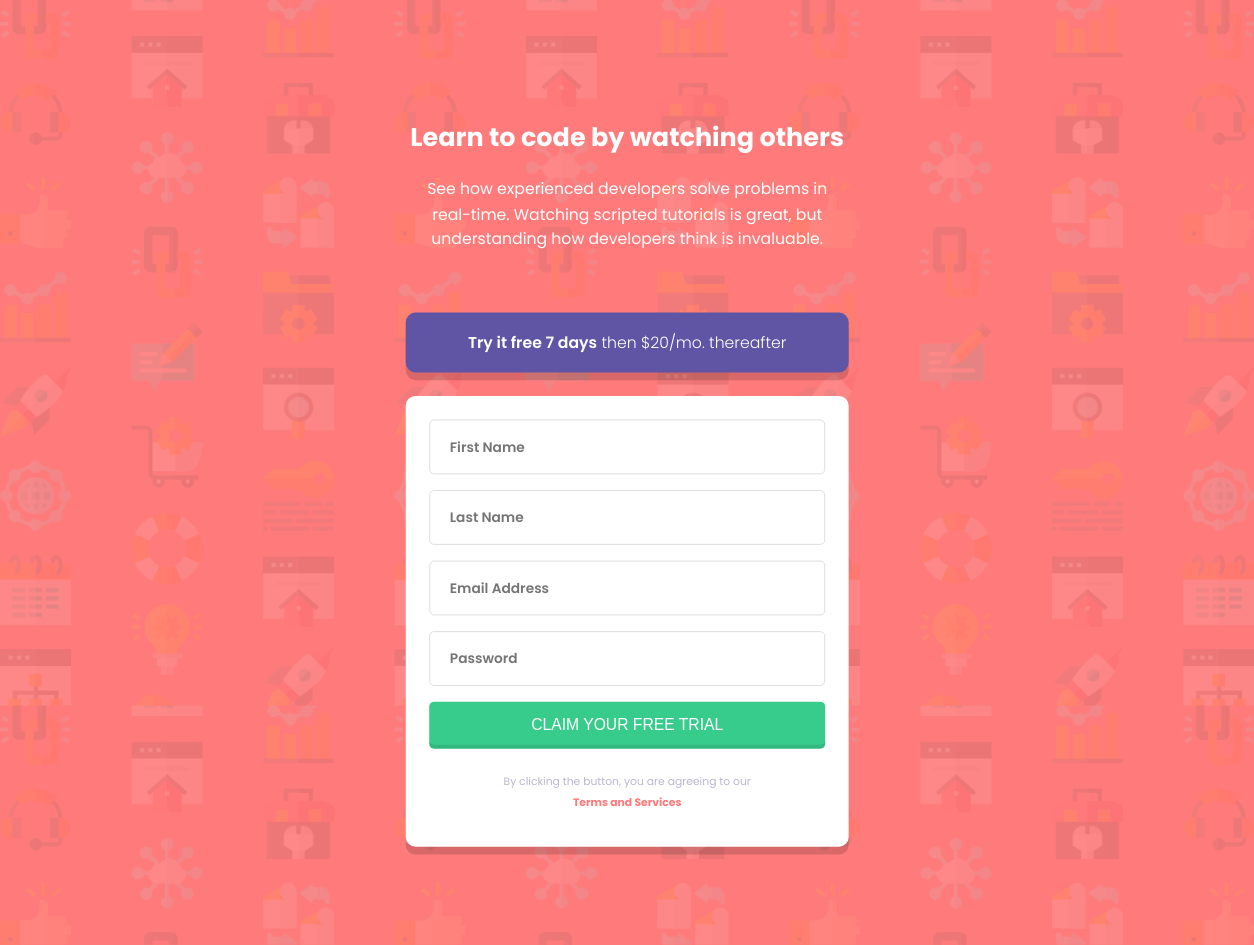
Repository: cipdanila/intro-component-with-sign-up-form
Page: v2/index.html
An editor plug-in stored every save of this project. The page is shown before and after the next save, followed by the edit.
The browser window is 1280 px wide. The pictures show the whole page, at 98% of full size.
Backgrounds fixed to the window are drawn as part of the page.

Above is the page before, as saved 2024-02-25 15:53:48.
Not found: v2/js/index.js

### v2/index.html
<!DOCTYPE html>
<html lang="en">
    <head>
        <meta charset="UTF-8" />
        <!-- displays site properly based on user's device -->
        <meta name="viewport" content="width=device-width, initial-scale=1.0" />

        <link rel="preconnect" href="https://fonts.googleapis.com" />
        <link rel="preconnect" href="https://fonts.gstatic.com" crossorigin />
        <link href="https://fonts.googleapis.com/css2?family=Poppins:wght@300;400;500;600;700&display=swap" rel="stylesheet" />

        <link rel="stylesheet" href="styles.css" />

        <link rel="icon" type="image/png" sizes="32x32" href="./images/favicon-32x32.png" />

        <title>Intro component with sign up form</title>
    </head>
    <body>
        <main>
            <section id="text-block">
                <h1 id="text-block__heading">Learn to code by watching others</h1>
                <p id="text-block__description">
                    See how experienced developers solve problems in real-time. Watching scripted tutorials is great, but
                    understanding how developers think is invaluable.
                </p>
            </section>

            <div id="form-container">
                <div id="banner"><span id="banner__text--bold">Try it free 7 days</span> then $20/mo. thereafter</div>

                <form novalidate id="form">
                    <div class="form__container">
                        <input
                            type="text"
                            placeholder="First Name"
                            autocomplete="given-name"
                            name="first-name"
                            id="form__first-name"
                        />
                        <p class="form__error-message form__error-message--hidden">First Name cannot be empty</p>
                        <img src="images/icon-error.svg" alt="Error icon" class="form__error-icon form__error-icon--hidden" />
                    </div>

                    <div class="form__container">
                        <input
                            type="text"
                            placeholder="Last Name"
                            autocomplete="family-name"
                            name="last-name"
                            id="form__last-name"
                        />
                        <p class="form__error-message form__error-message--hidden">Last Name cannot be empty</p>
                        <img src="images/icon-error.svg" alt="Error icon" class="form__error-icon form__error-icon--hidden" />
                    </div>

                    <div class="form__container">
                        <input type="email" placeholder="Email Address" autocomplete="email" name="email" id="form__email" />
                        <p class="form__error-message form__error-message--hidden">Looks like this is not an email</p>
                        <img src="images/icon-error.svg" alt="Error icon" class="form__error-icon form__error-icon--hidden" />
                    </div>

                    <div class="form__container">
                        <input
                            type="password"
                            placeholder="Password"
                            autocomplete="new-password"
                            name="password"
                            id="form__password"
                        />
                        <p class="form__error-message form__error-message--hidden">Password cannot be empty</p>
                        <img src="images/icon-error.svg" alt="Error icon" class="form__error-icon form__error-icon--hidden" />
                    </div>

                    <button type="submit" id="form__submit-button">CLAIM YOUR FREE TRIAL</button>

                    <p class="form__success-message--hidden" id="form__success-message">
                        Your free trial has been activated. Enjoy!
                    </p>

                    <p id="form__statement">
                        By clicking the button, you are agreeing to our
                        <a href="#" id="form__statement--highlighted"> Terms&nbsp;and&nbsp;Services </a>
                    </p>
                </form>
            </div>
        </main>
        <script src="js/index.js"></script>
    </body>
</html>

### v2/styles.css
*,
*::before,
*::after {
	box-sizing: border-box;
}

html, body, div, span, applet, object, iframe,
h1, h2, h3, h4, h5, h6, p, blockquote, pre,
a, abbr, acronym, address, big, cite, code,
del, dfn, em, img, ins, kbd, q, s, samp,
small, strike, strong, sub, sup, tt, var,
b, u, i, center,
dl, dt, dd, ol, ul, li,
fieldset, form, label, legend,
table, caption, tbody, tfoot, thead, tr, th, td,
article, aside, canvas, details, embed,
figure, figcaption, footer, header, hgroup,
menu, nav, output, ruby, section, summary,
time, mark, audio, video {
	/* margin: 0;
	padding: 0;
	border: 0; */
	font-size: 100%;
	font: inherit;
	vertical-align: baseline;
}



body {
    font-family: "Poppins", sans-serif;
}

#text-block {
    color: white;
    text-align: center;
}
#text-block__heading {
    font-size: 1.625rem;
    font-weight: 700;
    line-height: 1.4;
}
#text-block__description {
    line-height: 1.6;
}

#banner {
    font-weight: 300;
    color: white;
    text-align: center;
    line-height: 1.6;
}
#banner__text--bold {
    font-weight: 600;
}

#form input {
    font-size: 0.875rem;
    font-family: "Poppins", sans-serif;
    font-weight: 600;
    color: var(--dark-blue);
}
#form .form__error-message {
    font-size: 0.625rem;
    font-weight: 500;
    font-style: italic;
    color: var(--red);
    text-align: right;
}
#form__submit-button {
    font-size: 1rem;
    font-weight: 500;
    color: white;
}
#form #form__success-message {
    font-size: 0.875rem;
    font-weight: 500;
    color: var(--green);
    text-align: center;
}
#form__statement {
    font-size: 0.6875rem;
    color: var(--grayish-blue);
    line-height: 1.9;
    text-align: center;
}
#form__statement--highlighted {
    color: inherit;
    text-decoration: none;
    font-weight: 700;
    color: var(--red);
}

body {
    background: url("../images/bg-intro-mobile.png"), var(--red);
    background-size: 100%;
    background-attachment: fixed;
}

#banner {
    background: var(--blue);
    border-radius: 10px;
    box-shadow: 0 8px 0 rgba(0, 0, 0, 0.15);
}

#form {
    background: white;
    border-radius: 10px;
    box-shadow: 0 8px 0 rgba(0, 0, 0, 0.15);
}
#form input {
    border: 1px solid #dedede;
    border-radius: 5px;
}
#form__submit-button {
    background: var(--green);
    border: none;
    border-radius: 5px;
    box-shadow: inset 0 -4px 0 rgba(0, 0, 0, 0.1);
}

main {
    max-width: 500px;
    margin: 0 auto;
    padding: 5.75rem 24px;
}

#text-block {
    margin-bottom: 3.875rem;
}
#text-block__heading {
    margin-bottom: 1.375rem;
}

#banner {
    margin-bottom: 1.5rem;
    padding: 1.125rem 50px;
}

#form {
    padding: 24px;
}
#form .form__container {
    margin-bottom: 1rem;
    position: relative;
}
#form .form__container input {
    width: 100%;
    height: 3.5rem;
    padding: 0 20px;
}
#form .form__container .form__error-message {
    margin-top: 0.5rem;
}
#form .form__container .form__error-message--hidden {
    display: none;
}
#form .form__container .form__error-icon {
    width: 1.5rem;
    position: absolute;
    top: 1rem;
    right: 30px;
}
#form .form__container .form__error-icon--hidden {
    display: none;
}
#form__submit-button {
    width: 100%;
    margin-bottom: 0.75rem;
    padding: 0.9375rem 40px;
}
#form #form__success-message {
    margin-bottom: 1rem;
}
#form .form__success-message--hidden {
    display: none;
}
#form__statement {
    padding: 0 20px;
}

@media screen and (min-width: 700px) {
    body {
        background: url("../images/bg-intro-desktop.png"), var(--red);
        background-size: 100%;
        background-attachment: fixed;
    }
}
@media screen and (min-width: 1440px) {
    #text-block {
        text-align: start;
    }
    #text-block__heading {
        font-size: 3.125rem;
        line-height: 1.1;
    }
    #text-block__description {
        line-height: 1.7;
    }
    main {
        display: flex;
        justify-content: center;
        align-items: center;
        margin: 0;
        padding: 0;
        max-width: none;
        height: 100vh;
    }
    #text-block {
        width: 500px;
        margin: 0 70px 0 0;
    }
    #text-block__heading {
        margin-bottom: 1.625rem;
    }
    #banner {
        margin-bottom: 1.375rem;
    }
    #form-container {
        width: 540px;
    }
    #form {
        padding: 40px;
    }
    #form .form__container {
        margin-bottom: 1.25rem;
    }
    #form .form__container input {
        padding: 0 30px;
    }
    #form__submit-button {
        margin-bottom: 0.875rem;
    }
}
:root {
    --red: hsl(0, 100%, 74%);
    --green: hsl(154, 59%, 51%);
    --blue: hsl(248, 32%, 49%);
    --dark-blue: hsl(249, 10%, 26%);
    --grayish-blue: hsl(246, 25%, 77%);
}

#form input:focus-visible {
    border: 1px solid #605692;
    outline: none;
}

#form .form__input-field--invalid {
    color: var(--red);
    border: 2px solid var(--red);
}

#form .form__input-field--invalid::-moz-placeholder {
    color: var(--red);
}

#form .form__input-field--invalid:-ms-input-placeholder {
    color: var(--red);
}

#form .form__input-field--invalid::placeholder {
    color: var(--red);
}

#form .form__input-field--invalid:focus-visible {
    border: 2px solid var(--red);
}

#form__submit-button:hover {
    cursor: pointer;
    background: #77e2b4;
}

#form__submit-button:focus-visible {
    background: #77e2b4;
    outline: 2px solid black;
}

#form__statement--highlighted:hover,
#form__statement--highlighted:focus {
    text-decoration: underline;
}

#form__statement--highlighted:active {
    color: #e66767;
} /*# sourceMappingURL=style.css.map */

After the next save:
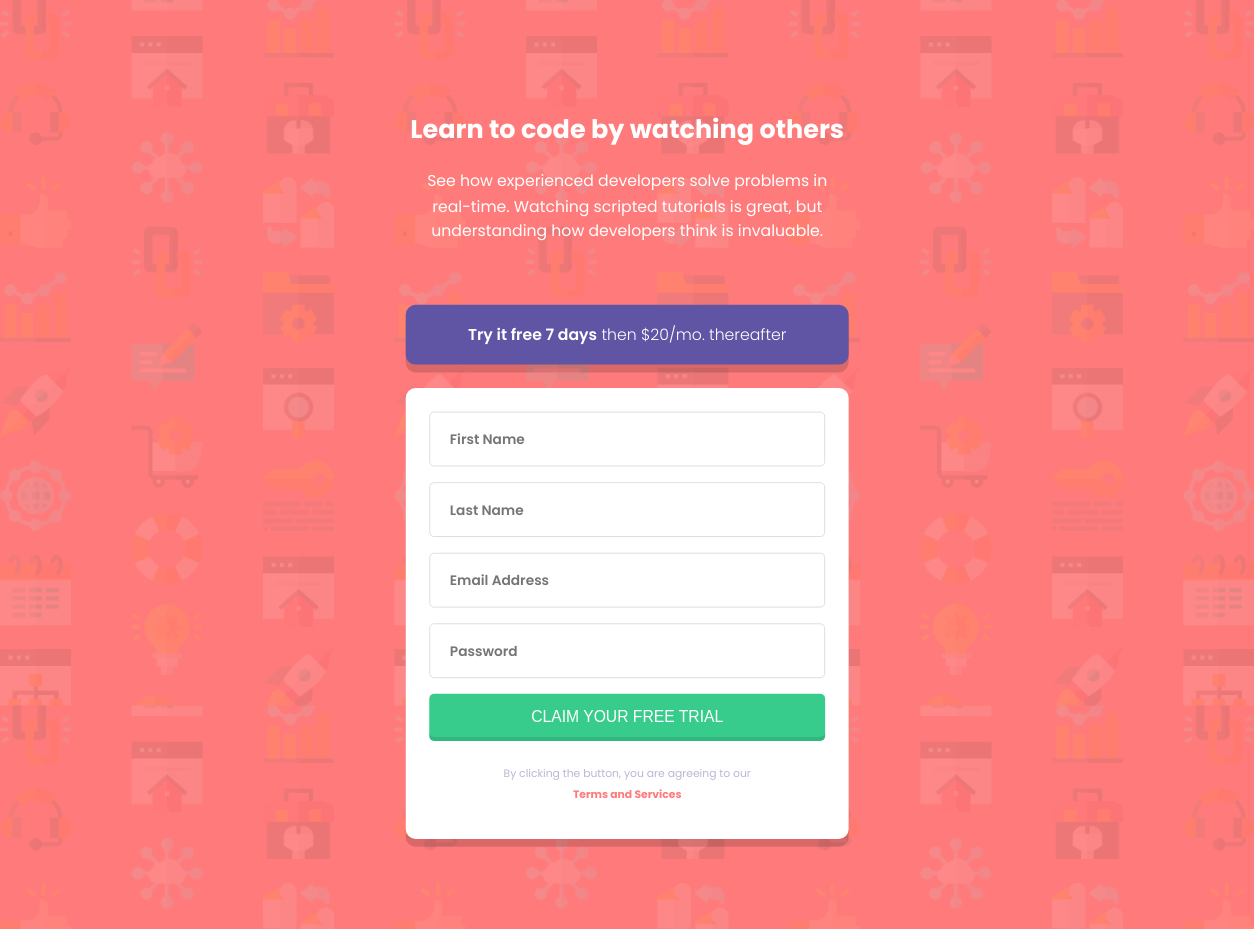
Saved 16 s later.
--- a/v2/styles.css
+++ b/v2/styles.css
@@ -4,22 +4,10 @@
 	box-sizing: border-box;
 }
 
-html, body, div, span, applet, object, iframe,
-h1, h2, h3, h4, h5, h6, p, blockquote, pre,
-a, abbr, acronym, address, big, cite, code,
-del, dfn, em, img, ins, kbd, q, s, samp,
-small, strike, strong, sub, sup, tt, var,
-b, u, i, center,
-dl, dt, dd, ol, ul, li,
-fieldset, form, label, legend,
-table, caption, tbody, tfoot, thead, tr, th, td,
-article, aside, canvas, details, embed,
-figure, figcaption, footer, header, hgroup,
-menu, nav, output, ruby, section, summary,
-time, mark, audio, video {
-	/* margin: 0;
+html, body {
+	margin: 0;
 	padding: 0;
-	border: 0; */
+	border: 0;
 	font-size: 100%;
 	font: inherit;
 	vertical-align: baseline;
